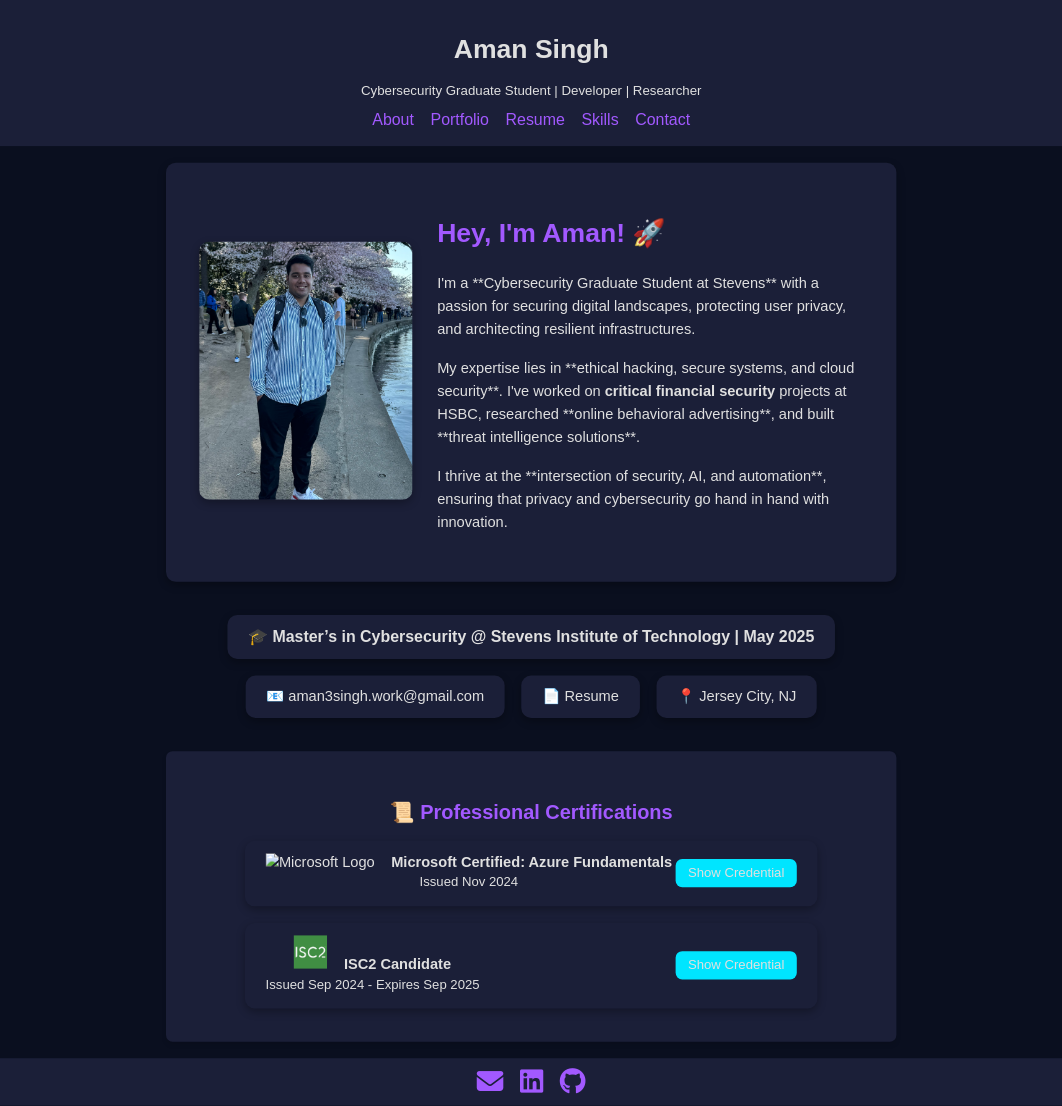
Repository: aman3singh/portfolio
Page: index.html
An editor plug-in stored every save of this project. The page is shown before and after the next save, followed by the edit.
The browser window is 1280 px wide. The pictures show the whole page, at 83% of full size.

Above is the page before, as saved 2025-02-11 22:34:44.
Not found: microsoft_logo.png

After the next save:
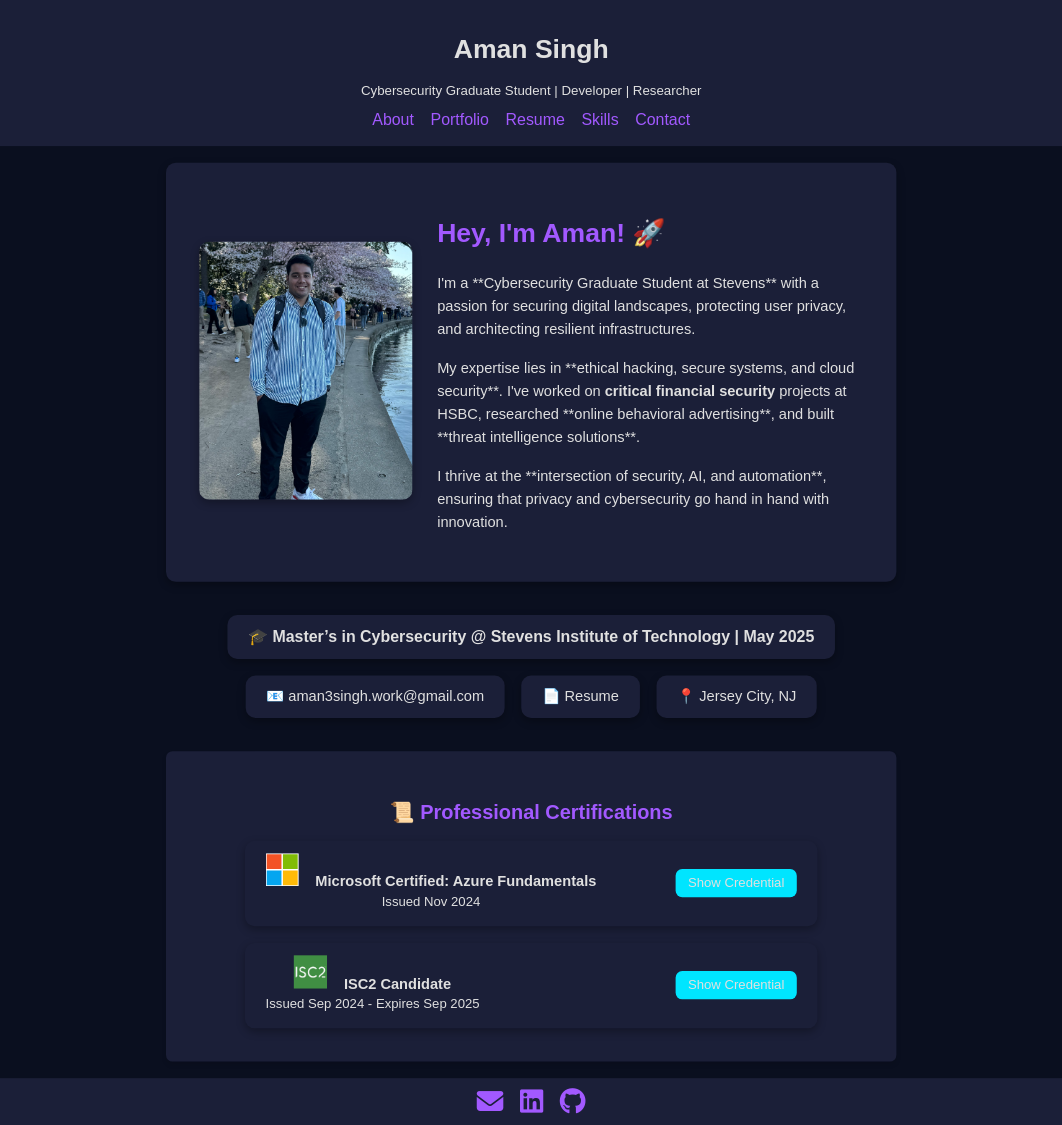
Saved 80 s later.
--- a/index.html
+++ b/index.html
@@ -60,7 +60,7 @@
         <div style="display: flex; flex-direction: column; align-items: center; gap: 20px;">
             <div style="background-color: #1B1F38; padding: 15px 25px; border-radius: 12px; font-size: 1.1em; width: 80%; display: flex; align-items: center; justify-content: space-between; box-shadow: 0px 4px 10px rgba(0, 0, 0, 0.3);">
                 <div>
-                    <img src="microsoft_logo.png" alt="Microsoft Logo" style="height: 40px; margin-right: 15px;">
+                    <img src="microsoft_logo.svg" alt="Microsoft Logo" style="height: 40px; margin-right: 15px;">
                     <b>Microsoft Certified: Azure Fundamentals</b>
                     <p style="margin: 5px 0; font-size: 0.9em;">Issued Nov 2024</p>
                 </div>
